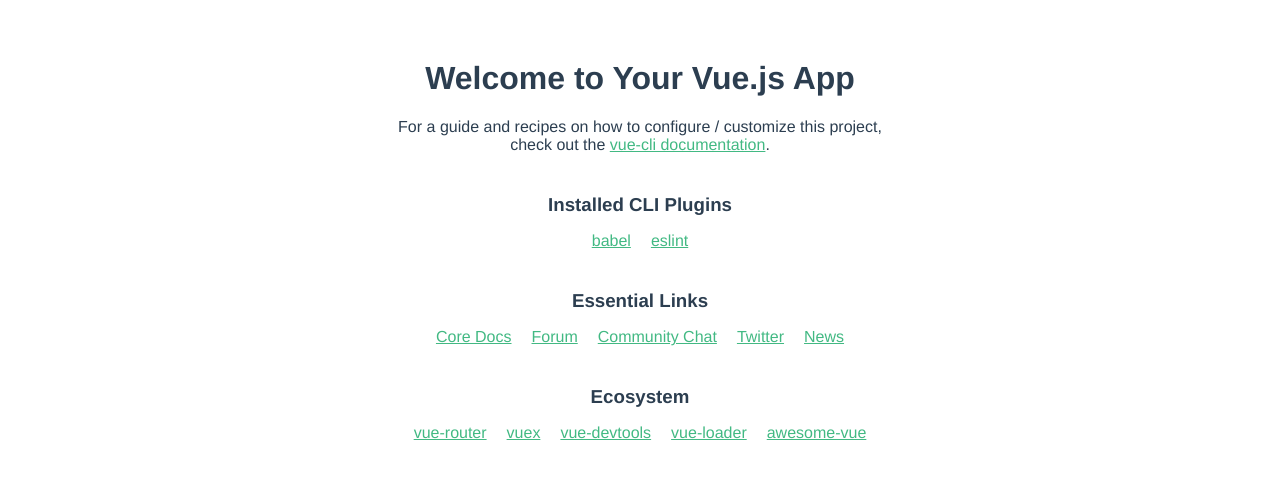
Repository: nosplashurinal/akd-blog
Page: /
The author's editor kept a copy of each file at every save. The page is drawn from the files as they stood at one save, then again after the next save.
The browser window is 1280 px wide. The pictures show the whole page.
The project was rebuilt for these pictures with package versions that can differ from the ones it lists, and the page was loaded fresh each time.

Above is the page before, as saved 2019-01-21 18:09:40.

### public/index.html
<!DOCTYPE html>
<html lang="en">
  <head>
    <meta charset="utf-8">
    <meta http-equiv="X-UA-Compatible" content="IE=edge">
    <meta name="viewport" content="width=device-width,initial-scale=1.0">
    <link rel="icon" href="<%= BASE_URL %>favicon.ico">
    <title>akd-blog</title>
  </head>
  <body>
    <noscript>
      <strong>We're sorry but akd-blog doesn't work properly without JavaScript enabled. Please enable it to continue.</strong>
    </noscript>
    <div id="app"></div>
    <!-- built files will be auto injected -->
  </body>
</html>

### src/App.vue
<template>
  <div id="app">
    <HelloWorld msg="Welcome to Your Vue.js App"/>
  </div>
</template>

<script>
import HelloWorld from './components/HelloWorld.vue'

export default {
  name: 'app',
  components: {
    HelloWorld
  }
}
</script>

<style lang="scss" src="@/styles/app.scss">
</style>

### src/styles/app.scss
#app {
  font-family: 'Avenir', Helvetica, Arial, sans-serif;
  -webkit-font-smoothing: antialiased;
  -moz-osx-font-smoothing: grayscale;
  text-align: center;
  color: #2c3e50;
  margin-top: 60px;
}

Loaded but not shown: src/main.js (common file); src/components/HelloWorld.vue (common file)

After the next save:
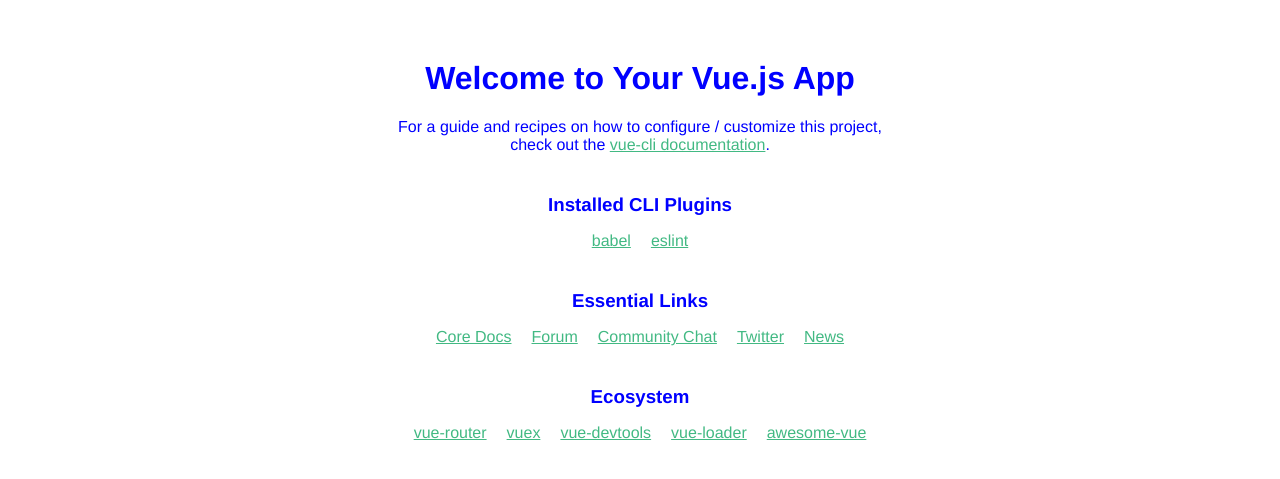
Saved 11 min 22 s later.
--- a/src/styles/app.scss
+++ b/src/styles/app.scss
@@ -3,6 +3,6 @@
   -webkit-font-smoothing: antialiased;
   -moz-osx-font-smoothing: grayscale;
   text-align: center;
-  color: #2c3e50;
+  color: blue;
   margin-top: 60px;
 }
